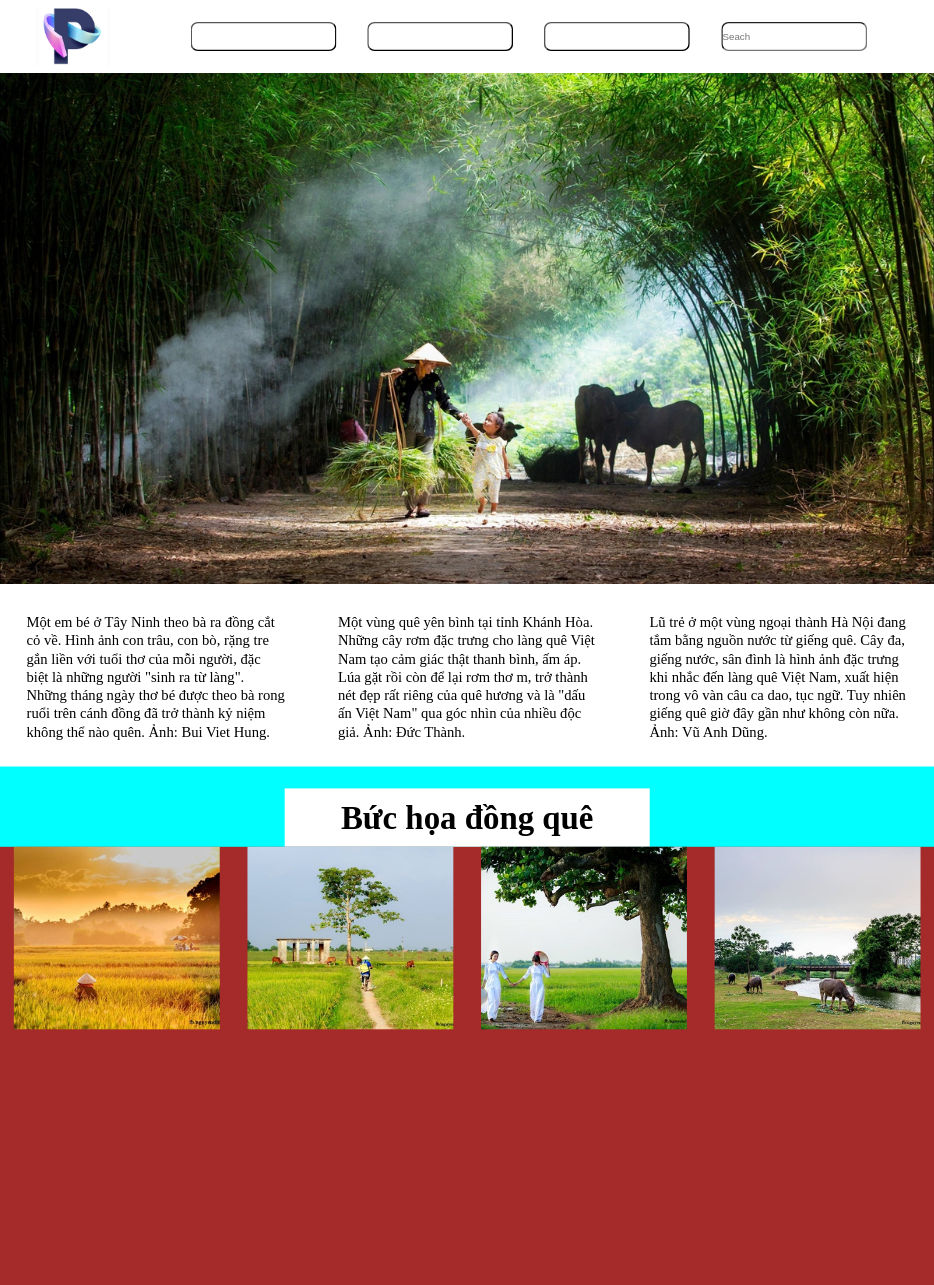
Repository: thinh909thinh/Thi
Page: index.html
An editor plug-in stored every save of this project. The page is shown before and after the next save, followed by the edit.
The browser window is 1280 px wide. The pictures show the whole page, at 73% of full size.

Above is the page before, as saved 2022-05-13 09:27:22.

### index.html
<!DOCTYPE html>
<html lang="en">

<head>
    <meta charset="UTF-8">
    <meta http-equiv="X-UA-Compatible" content="IE=edge">
    <meta name="viewport" content="width=device-width, initial-scale=1.0">
    <link rel="stylesheet" href="main.css">
    <title>Document</title>
</head>

<body>
    <header>
        <div class="img">
            <img src="./img/logo.jpg" alt="">
        </div>
        <div class="btn_s">
            <button></button>
            <button></button>
            <button></button>
            <input type="text" placeholder="Seach">
        </div>
    </header>
    <section>
        <div class="imgbg">
            <img src="./img/gb.webp" alt="">
        </div>
        <div class="all_text">
            <div class="text">
                <p>Một em bé ở Tây Ninh theo bà ra đồng cắt cỏ về.
                    Hình ảnh con trâu, con bò, rặng tre gắn liền với tuổi thơ của mỗi người,
                    đặc biệt là những người "sinh ra từ làng".
                    Những tháng ngày thơ bé được theo bà rong ruổi trên cánh
                    đồng đã trở thành kỷ niệm không thể nào quên. Ảnh: Bui Viet Hung.</p>
            </div>
            <div class="text">
                <p>
                    Một vùng quê yên bình tại tỉnh Khánh Hòa. Những cây rơm đặc trưng cho làng
                    quê Việt Nam tạo cảm giác thật thanh bình, ấm áp. Lúa gặt rồi còn để lại rơm thơ
                    m, trở thành nét đẹp rất riêng của quê hương và là "dấu ấn Việt Nam" qua
                    góc nhìn của nhiều độc giả. Ảnh: Đức Thành.
                </p>
            </div>
            <div class="text">
                <p>
                    Lũ trẻ ở một vùng ngoại thành Hà Nội đang tắm bằng nguồn nước từ giếng quê. Cây đa, giếng nước,
                    sân đình là hình ảnh đặc trưng khi nhắc đến làng quê Việt Nam,
                    xuất hiện trong vô vàn câu ca dao, tục ngữ. Tuy nhiên giếng quê giờ đây gần như không còn nữa. Ảnh:
                    Vũ Anh Dũng.
                </p>
            </div>
        </div>
        <div class="main">
            <div class="h2">
                <h2>Bức họa đồng quê </h2>
            </div>
            <div class="big_card">
                <div class="card">
                    <div class="card_top">
                        <img src="./img/dong_que_1.jpg" alt="">
                    </div>
                </div>
                <div class="card">
                    <div class="card_top">
                        <img src="./img/dong_que_2.jpg" alt="">
                    </div>
                </div>
                <div class="card">
                    <div class="card_top">
                        <img src="./img/dong_que_3.jpg" alt="">
                    </div>
                </div>
                <div class="card">
                    <div class="card_top">
                        <img src="./img/dong_que_4.jpg" alt="">
                    </div>
                </div>
            </div>
        </div>
    </section>
</body>

</html>

### main.css
*{
    padding: 0;
    margin: 0;
    box-sizing: border-box;
}
header{
    width: 100%;
    height: 100px;
    display: flex;
    justify-content: space-between;
    align-items: center;
}
.btn_s{
    width: 1200px;
    height: 100px;
    display: flex;
    justify-content: space-evenly;
    align-items: center;
    margin-right: 50px;

}
input{
    width: 200px;
    height: 40px;
    border-radius: 10px;
}
.img{
    width: 200px;
    height: 80px;
    margin-left: 50px;
}
.img img{
    width: 100px;
    height: 100%;
    object-fit: cover;
}
button{
    width: 200px;
    height: 40px;
    border-radius: 10px;
    cursor: pointer;
    background-color: white;

}
.imgbg{
    width: 100%;
    height: 700px;
}
.imgbg img{
    width: 100%;
    height: 100%;
    object-fit: cover;
}
.all_text{
    width: 100%;
    height: 250px;
    display: flex;
    justify-content: space-around;
    align-items: center;
}
.all_text .text{
    width: 30%;
    height: 200px;
}
.all_text .text p{
    font-size: 20px;
    line-height: 25px;
    padding: 15px;
}
.main{
    width: 100%;
    height: 700px;
    background-color: aqua;
    padding-top:30px ;
}
.main .h2{
    width: 500px;
    height: 80px;
    background-color: white;
    margin: 0 auto;
    font-size: 30px;
    text-align: center;
    line-height: 80px;

}
.main .big_card{
    width: 100%;
    height: 600px;
    background-color: brown;
    display: flex;
    justify-content: space-around;
}
.main .big_card .card{
    width: 22%;
    height: 100%;

}
.main .big_card .card .card_top{
    width: 100%;
    height:250px ;
    background-color: aqua;
}
.main .big_card .card .card_bot{
    width: 100%;
    height:250px ;
    background-color: aqua;
}
.main .big_card .card .card_top img{
    width: 100%;
    height: 100%;
    object-fit: cover;
}

After the next save:
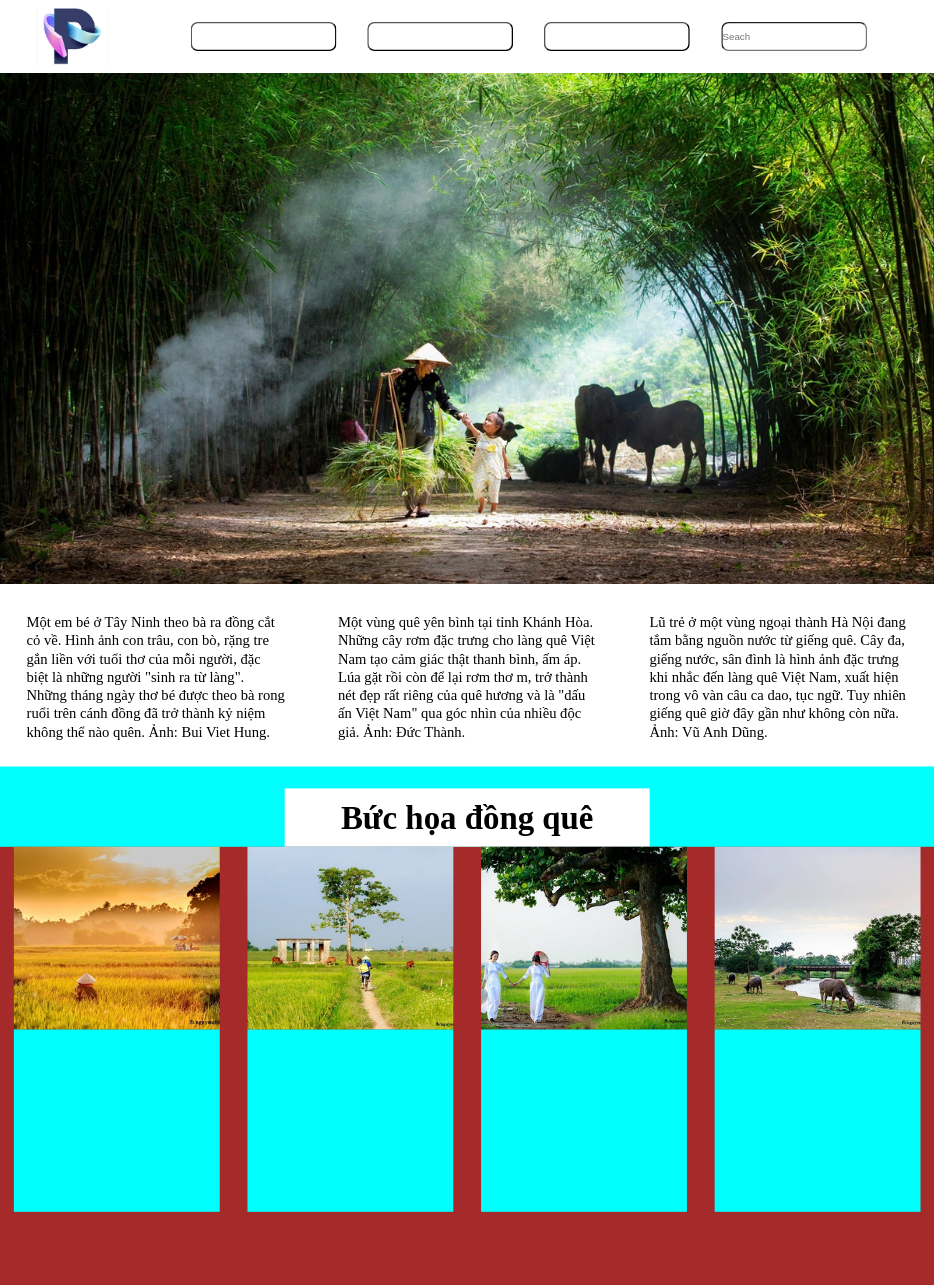
Saved 92 s later.
--- a/index.html
+++ b/index.html
@@ -59,21 +59,25 @@
                     <div class="card_top">
                         <img src="./img/dong_que_1.jpg" alt="">
                     </div>
+                    <div class="card_bot"></div>
                 </div>
                 <div class="card">
                     <div class="card_top">
                         <img src="./img/dong_que_2.jpg" alt="">
                     </div>
+                    <div class="card_bot"></div>
                 </div>
                 <div class="card">
                     <div class="card_top">
                         <img src="./img/dong_que_3.jpg" alt="">
                     </div>
+                    <div class="card_bot"></div>
                 </div>
                 <div class="card">
                     <div class="card_top">
                         <img src="./img/dong_que_4.jpg" alt="">
                     </div>
+                    <div class="card_bot"></div>
                 </div>
             </div>
         </div>
